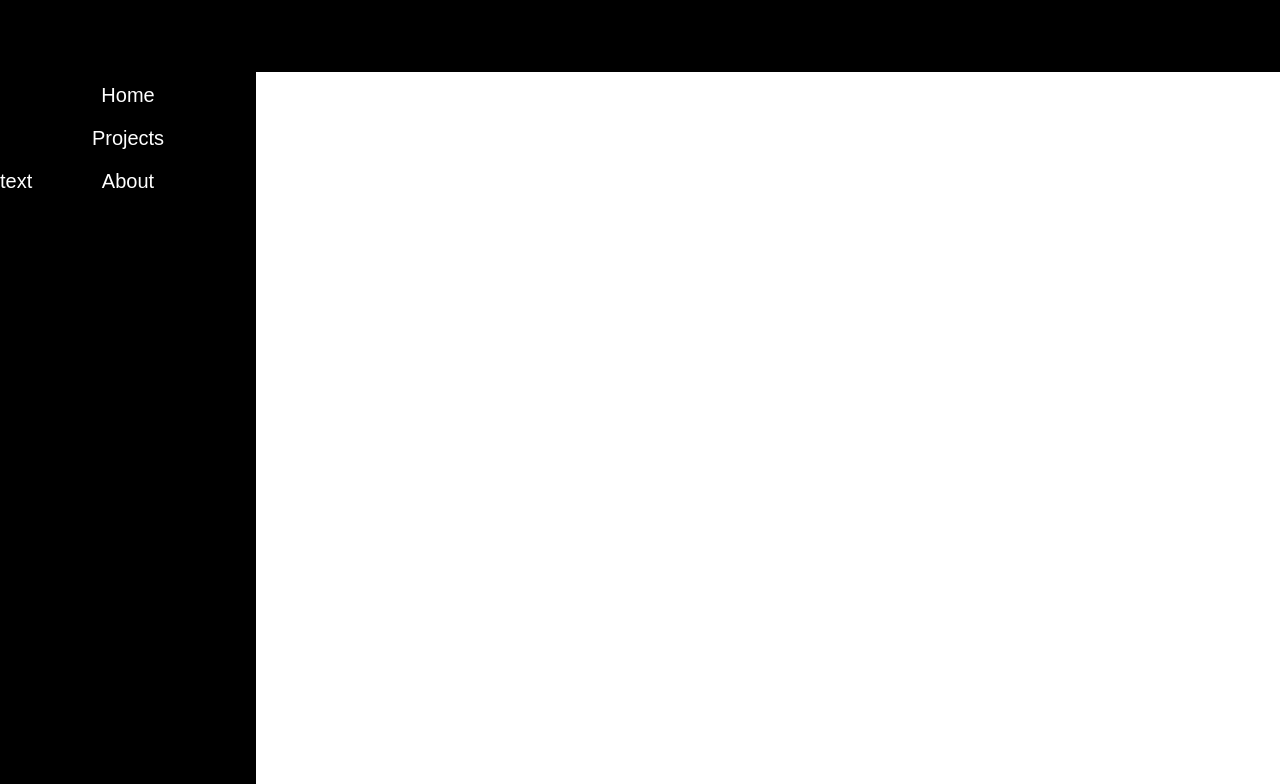
Repository: josephinel6/josephinel6.github.io
Page: index.html
An editor plug-in stored every save of this project. The page is shown before and after the next save, followed by the edit.
The browser window is 1280 px wide. The pictures show the whole page.

Above is the page before, as saved 2023-04-04 10:39:34.

After the next save:
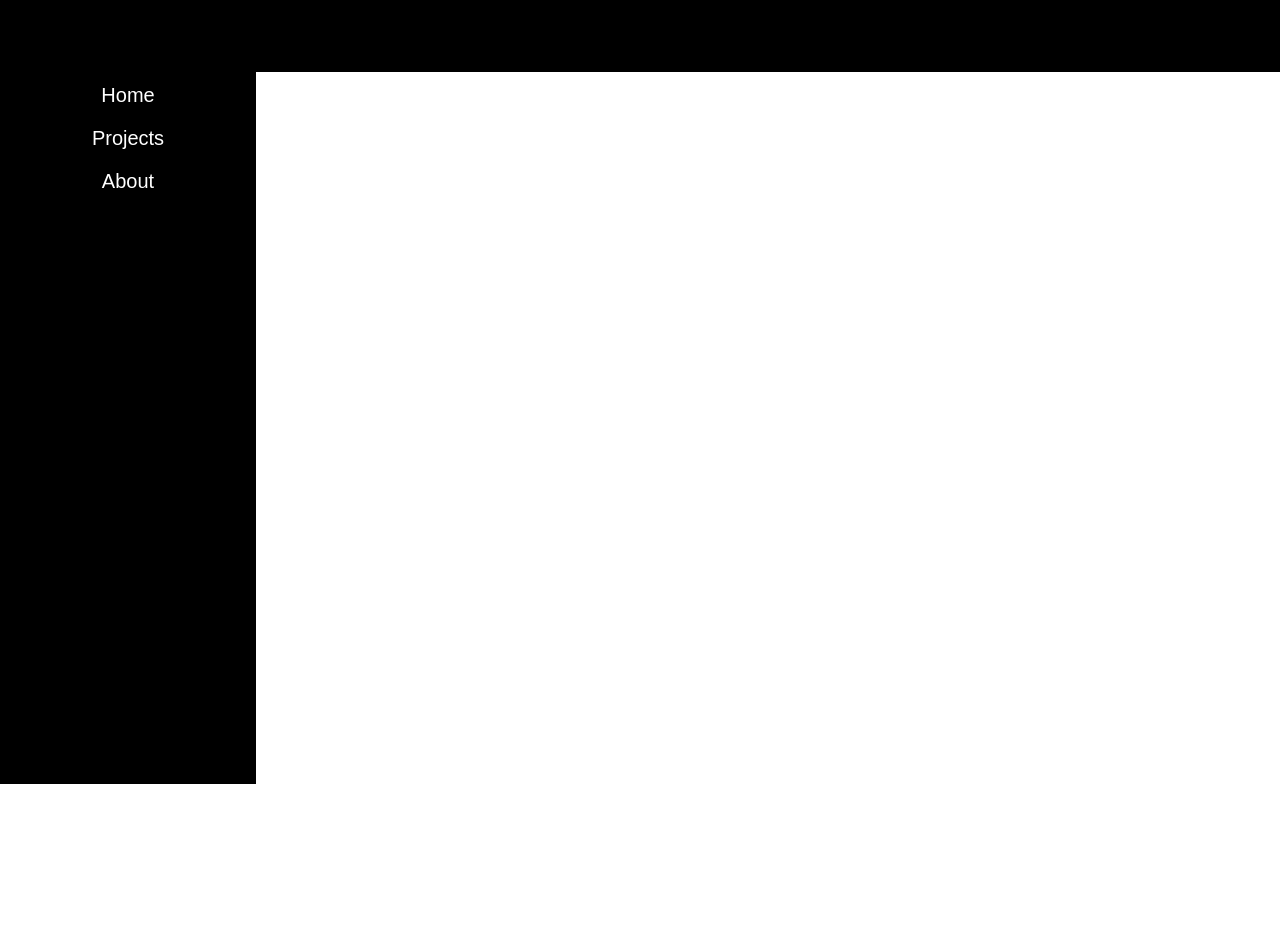
Saved 11 s later.
--- a/index.html
+++ b/index.html
@@ -58,7 +58,7 @@
                 <p class="menutext"> About </p>
             </CENTER>
         </div>
-        <div style="position:relative">
+        <div style="position:relative; height: 100%">
             <p class="menutext" style="position: absolute; bottom:0"> text </p>
         </div>
     </div>
